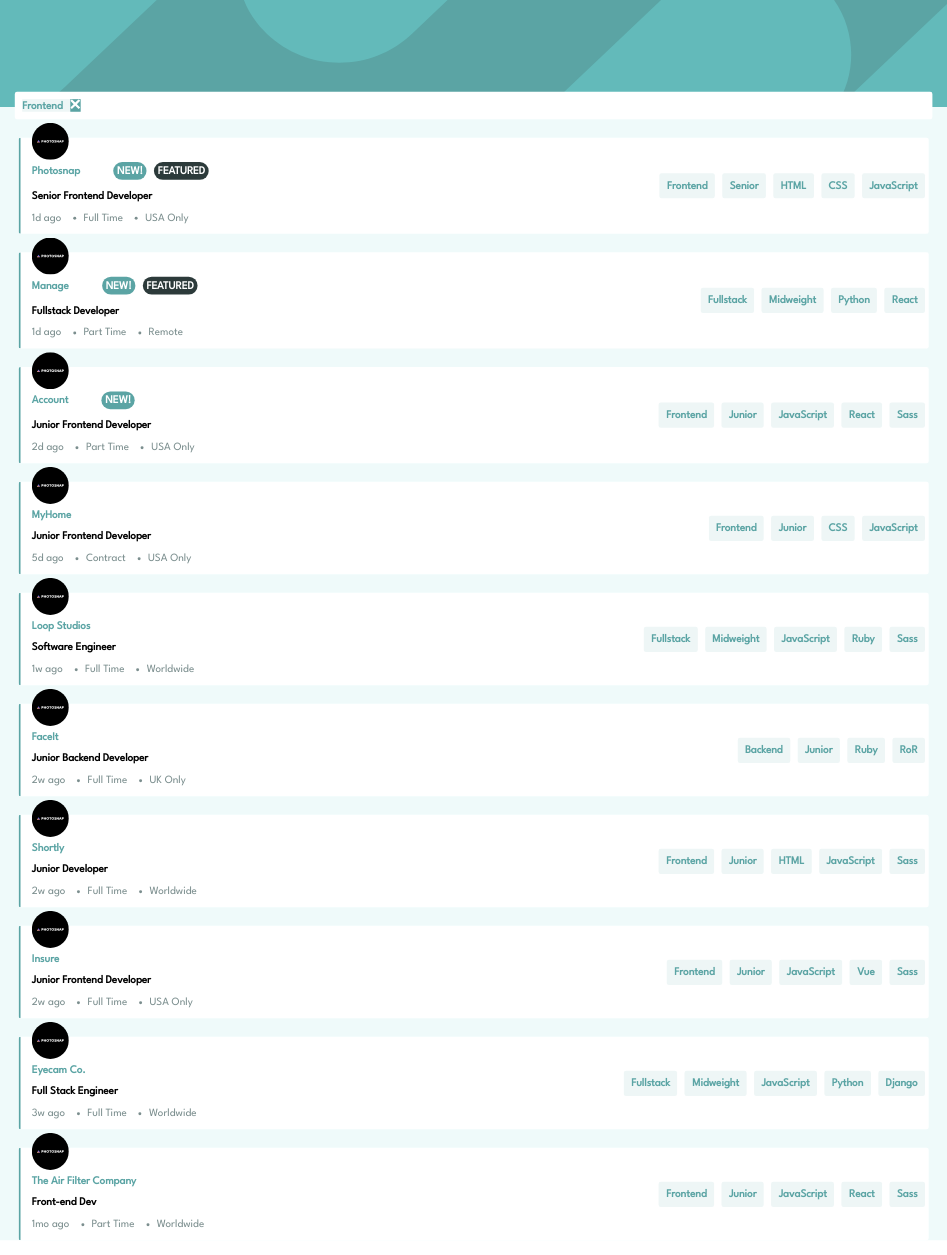
Repository: DevLaukey/job-listing
Page: /
An editor plug-in stored every save of this project. The page is shown before and after the next save, followed by the edit.
The browser window is 1280 px wide. The pictures show the whole page, at 74% of full size.
Some web fonts or font styles are not loaded; a fallback is used. The project was rebuilt for these pictures with package versions that can differ from the ones it lists, and the page was loaded fresh each time.

Above is the page before, as saved 2022-06-03 01:02:24.

### src/App.js
import "./App.css";
import Filter from "./components/Filter";
import Header from "./components/Header";
import Tablet from "./components/Tablet";
import data from "./data.json";

function App() {
  const tablets = data.map((data) => <Tablet
    key={data.id}
    company={data.company}
    neew={data.new}
    featured={data.featured}
    position={data.position}
    role={data.role}
    level={data.level}
    postedAt={data.postedAt}
    contract={data.contract}
    location={data.location}
    languages={data.languages}
    tools={data.tools}
    logo={data.logo} />);
  return (
    <div className="App">
      <Header />
      <Filter />
      <div className="content">{tablets}</div>
    </div>
  );
}

export default App;

### src/App.css
@import url('https://fonts.googleapis.com/css2?family=Grape+Nuts&family=League+Spartan&display=swap');
*{
  margin: 0;
  padding: 0;
  box-sizing: border-box;
}
.App{
  background-color: hsl(180, 52%, 96%);
  font-size: 15px;
}

### src/components/Filter.js
import React from 'react'
import icon from "./images/icon-remove.svg";
function Filter() {
  return (
      <div className="tablet filter">
          <div className="option">
              <p className="frontend">Frontend</p>
              <div className="icon">

              <img src={icon } alt="" />
              </div>
          </div>
    </div>
  )
}

export default Filter

### src/components/Header.js
import React from 'react'
import "./styles.css"

function Header() {
  return (
    <header className='header'></header>
  )
}

export default Header

### src/components/Tablet.js
import React from "react";
import "./styles.css";
import logos from "./images/photosnap.svg";
function Tablet({ key, company, logo, neew, featured, position, role, level, postedAt, contract, location, languages, tools }) {
    // console.log(logo);
    // const logos = require(logo).default;
    // console.log(logos)
    return (
      <div className="tablet boarder">
        <div className="tablet_content" >
          <img className="image" src={logos} alt="" />

          <div className="heading">
            <div className="company">
              <p>{company}</p>
            </div>
            <div>{neew && <p className="new">NEW!</p>}</div>
            <div>{featured && <p className="featured">FEATURED</p>}</div>
          </div>
          <div className="title">
            <p>{position}</p>
          </div>
          <div className="details">
            <p>{postedAt}</p>
            <ul className="list">
              <li>{contract}</li>
              <li className="country">{location}</li>
            </ul>
          </div>
          <hr className="line" />
        </div>
          <div className="tags">
            <p className="category">{role}</p>
            <p className="category">{level}</p>
            {languages.map((language) => (
              <p className="category"> {language}</p>
            ))}
            {tools.map((tool) => (
              <p className="category"> {tool}</p>
            ))}
          </div>
      </div>
    );
}

export default Tablet;

### src/components/styles.css
.header {
  background-image: url(../assets/bg-header-mobile.svg);
  padding: 10vh;
  background-color: hsl(180, 29%, 50%);
}
.tablet {
  background-color: white;
  margin: 25px 25px 20px 25px;
  font-family: "League Spartan", sans-serif;
  border-radius: 3px;
  font-weight: 700;
}
.boarder {
  border-left: 3px solid hsl(180, 29%, 50%);
}
.tablet_content {
  margin-left: 15px;
  margin-right: 25px;
  align-items: center;
}
.image {
  height: 50px;
  margin-top: -20px;
}
.heading {
  display: flex;
}
.company {
  color: hsl(180, 29%, 50%);
  margin-right: 3em;
  margin-top: 5px;
}
.new {
  background-color: hsl(180, 29%, 50%);
  padding: 5px;
  color: white;
  border-radius: 25px;
  margin-right: 10px;
}
.featured {
  background-color: hsl(180, 14%, 20%);
  padding: 5px;
  color: white;
  border-radius: 25px;
}
.title {
  margin-top: 15px;
}
.details {
  display: flex;
  color: hsl(180, 8%, 52%);
  font-weight: 400;
  margin-top: 15px;
  margin-bottom: 15px;
}
.list {
  display: flex;
  margin-left: 2em;
}
.country {
  margin-left: 2em;
}
.line {
  margin-bottom: 15px;
  color: gray;
}
.tags {
  color: hsl(180, 29%, 50%);
  display: flex;
  flex-wrap: wrap;
}
.category {
  background-color: hsl(180, 31%, 95%);
  padding: 10px;
  border-radius: 3px;
  margin: 5px;
}

.filter {
  display: flex;
  padding: 10px;
  border-radius: 3px;
  margin: -20px 20px 5px 20px;
  flex-wrap: wrap;
}
.option {
    background-color: hsl(180, 31%, 95%);
  color: hsl(180, 29%, 50%);
  display: flex;
  align-items: center;
  width : fit-content;
}
.front-end{
    flex-grow: 2;
}
.icon {
  margin-left: 10px;
 flex-grow: 1;
 height:100%;
  background-color: hsl(180, 29%, 50%);
}
/* media query */

@media screen and (min-width: 768px) {
  .header {
    background-image: url(../assets/bg-header-desktop.svg);
  }
  .line {
    display: none;
  }
  .tablet {
    display: flex;
    align-items: center;
    justify-content: space-between;
  }
}

Loaded but not shown: public/index.html (common file); src/index.js (common file); src/index.css (common file); src/reportWebVitals.js (common file); src/data.json (common file)

After the next save:
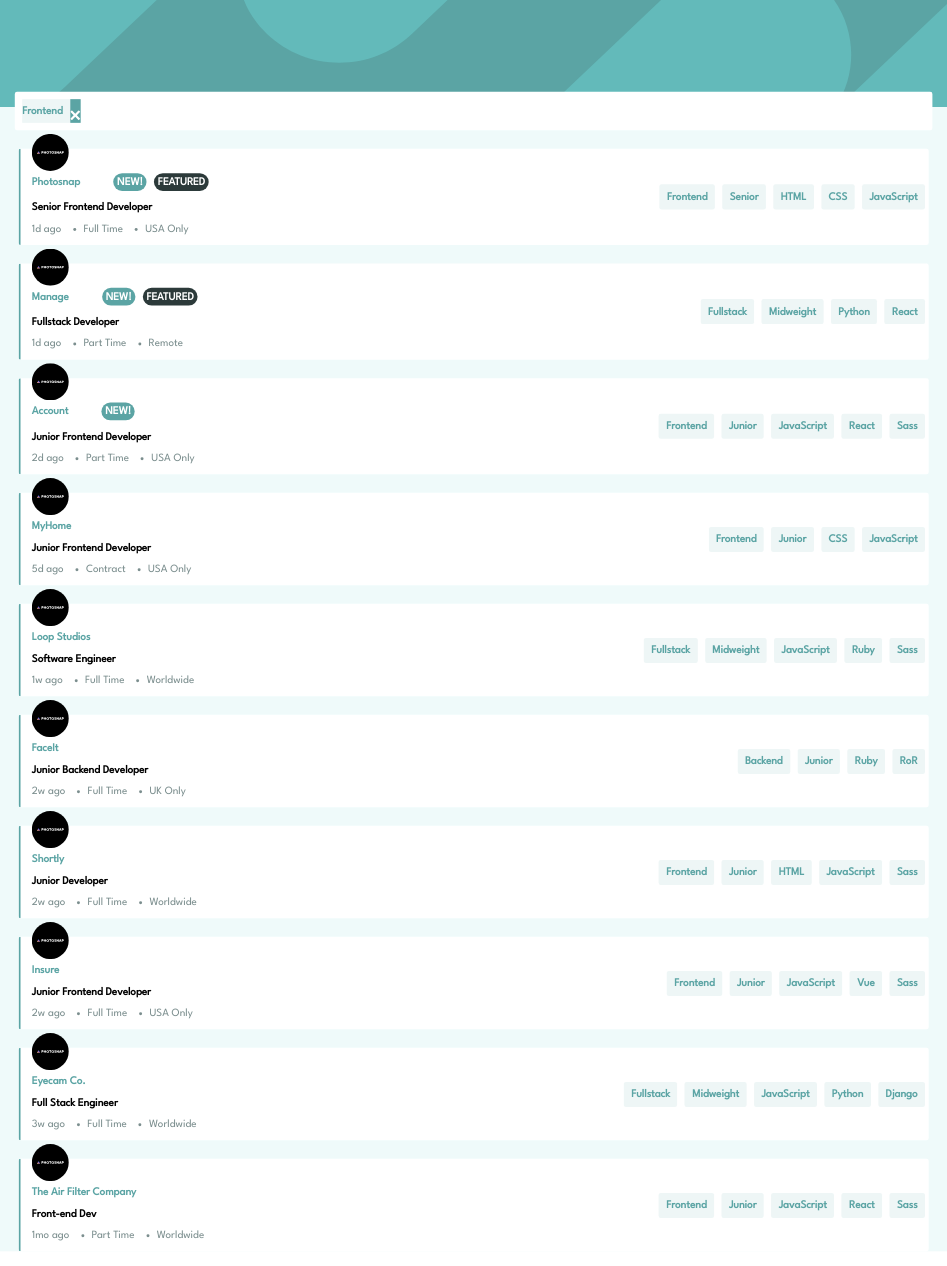
Saved 27 s later.
--- a/src/components/styles.css
+++ b/src/components/styles.css
@@ -97,6 +97,7 @@
   margin-left: 10px;
  flex-grow: 1;
  height:100%;
+ padding-top: 15px;
   background-color: hsl(180, 29%, 50%);
 }
 /* media query */
